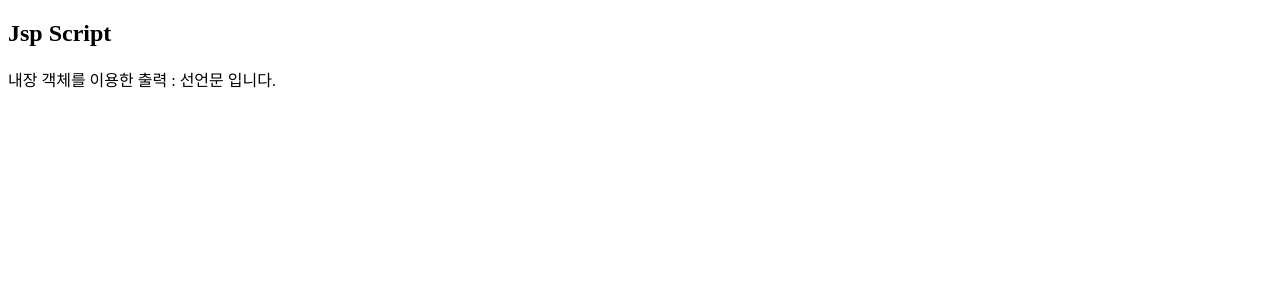
Repository: seminocoe/JSP_STUDY
Page: http://localhost/ServletProject/sample/First.jsp
The author's editor kept a copy of each file at every save. The page is drawn from the files as they stood at one save, then again after the next save.
The browser window is 1280 px wide. The pictures show the whole page.
The page is served by Tomcat 9. Nobody is signed in. The application's start-up code is not run.

Above is the page before, as saved 2022-08-01 04:55:23.

After the next save:
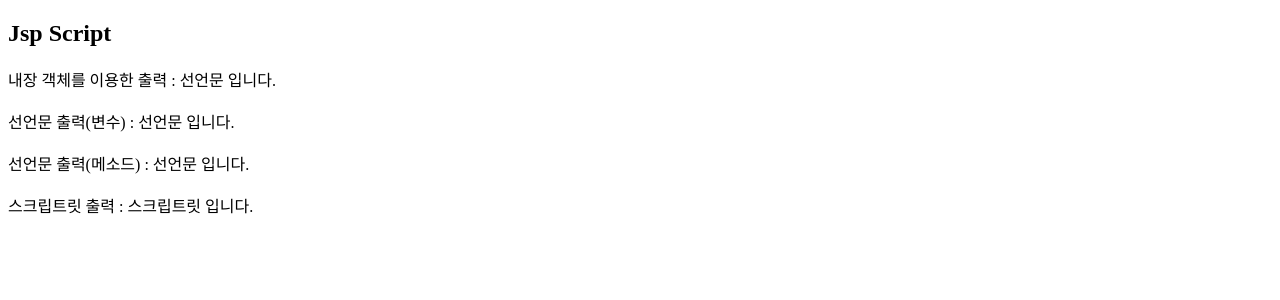
Saved 3 min 45 s later.
--- a/ServletProject/src/main/webapp/sample/First.jsp
+++ b/ServletProject/src/main/webapp/sample/First.jsp
@@ -11,15 +11,22 @@
 	<%!
 	//declation = 변수 선언
 	String declation = "선언문 입니다.";
+
+	//메소드 선언
+	public String declationMethod(){
+		return declation;
+	}
 	%>
 
 	<% //연산, 처리
 	String scriptlet = "스크립트릿 입니다.";
 	String Comment = "주석입니다.";
 	out.println("내장 객체를 이용한 출력 : "+declation+"<br><br>");
+	%>
 
+	선언문 출력(변수) : <%=declation %><br><br>
+	선언문 출력(메소드) : <%=declationMethod() %><br><br>
+	스크립트릿 출력 : <%=scriptlet %><br><br>
 
-
-	%>
 </body>
 </html>
